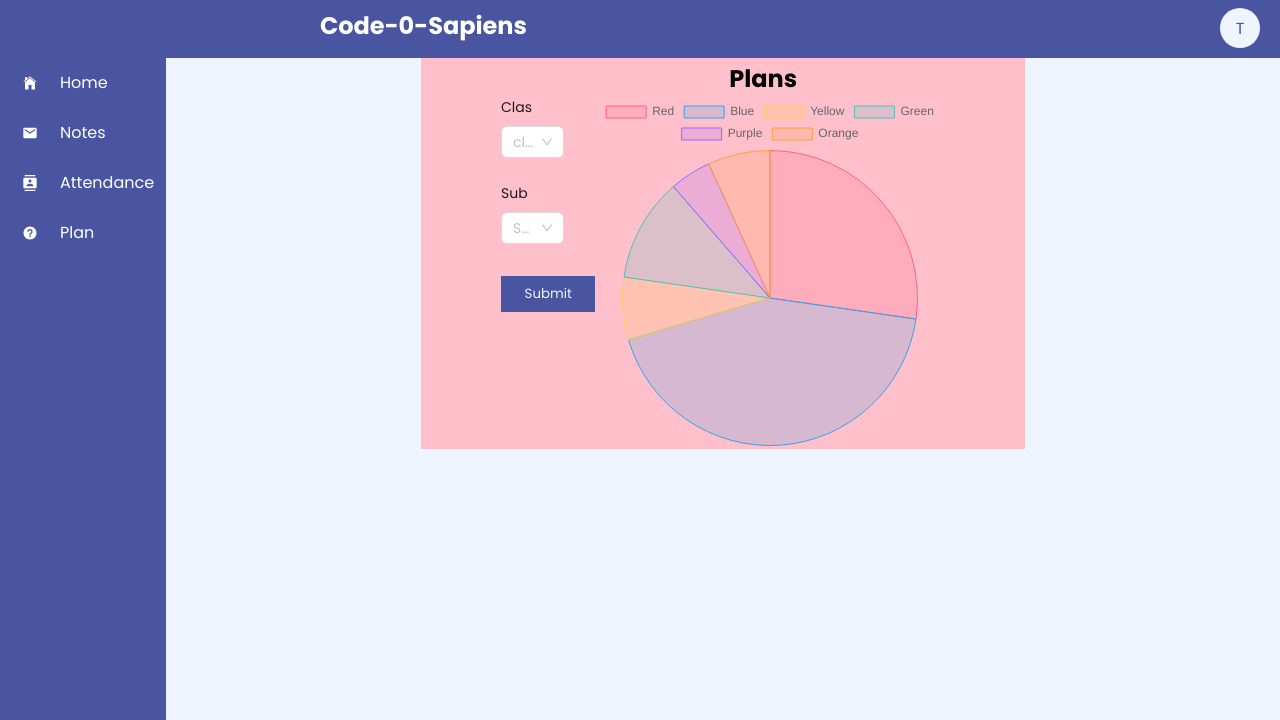
Repository: sinchana-P/code-0-sapiens
Page: /plans (app in client/)
These files come from the project's save history. The page is drawn as it stood at one moment and after the next save; the edit follows.
The browser window is 1280 px wide. The pictures show the whole page.
The project was rebuilt for these pictures with package versions that can differ from the ones it lists, and the page was loaded fresh each time. Also part of the build but not shown: client/src/components/auth/login/FormLayoutLogin.jsx, client/src/components/auth/login/Login.jsx, client/src/components/auth/register/FormLayoutRegister.jsx, client/src/components/auth/register/Register.jsx, client/src/components/homeScene/Home.jsx, client/src/components/notes/Notes.jsx, client/src/components/attendance/Attendance.jsx, client/src/components/profile/Profile.jsx and 5 more.

Above is the page before, as saved 2024-03-01 07:39:24.

### client/public/index.html
<!DOCTYPE html>
<html lang="en">
  <head>
    <meta charset="utf-8" />
    <link rel="icon" href="%PUBLIC_URL%/favicon.ico" />
    <meta name="viewport" content="width=device-width, initial-scale=1" />
    <meta name="theme-color" content="#000000" />
    <meta
      name="description"
      content="Web site created using create-react-app"
    />
    <link rel="apple-touch-icon" href="%PUBLIC_URL%/logo192.png" />
    <!--
      manifest.json provides metadata used when your web app is installed on a
      user's mobile device or desktop. See https://developers.google.com/web/fundamentals/web-app-manifest/
    -->
    <link rel="manifest" href="%PUBLIC_URL%/manifest.json" />
    <!--
      Notice the use of %PUBLIC_URL% in the tags above.
      It will be replaced with the URL of the `public` folder during the build.
      Only files inside the `public` folder can be referenced from the HTML.

      Unlike "/favicon.ico" or "favicon.ico", "%PUBLIC_URL%/favicon.ico" will
      work correctly both with client-side routing and a non-root public URL.
      Learn how to configure a non-root public URL by running `npm run build`.
    -->
    <link rel="preconnect" href="https://fonts.googleapis.com">
<link rel="preconnect" href="https://fonts.gstatic.com" crossorigin>
<link href="https://fonts.googleapis.com/css2?family=Poppins:ital,wght@0,100;0,200;0,300;0,400;0,500;0,600;0,700;0,800;0,900;1,100;1,200;1,300;1,400;1,500;1,600;1,700;1,800;1,900&display=swap" rel="stylesheet">
    <title>Code-0-Sapiens</title>
  </head>
  <body>
    <noscript>You need to enable JavaScript to run this app.</noscript>
    <div id="root"></div>
    <!--
      This HTML file is a template.
      If you open it directly in the browser, you will see an empty page.

      You can add webfonts, meta tags, or analytics to this file.
      The build step will place the bundled scripts into the <body> tag.

      To begin the development, run `npm start` or `yarn start`.
      To create a production bundle, use `npm run build` or `yarn build`.
    -->
  </body>
</html>

### client/src/index.js
import React from 'react';
import ReactDOM from 'react-dom/client';
import './index.css';
import App from './App';
import reportWebVitals from './reportWebVitals';
import { BrowserRouter } from 'react-router-dom'
import { apiSlice } from './api/apiSlice';
import {ApiProvider} from '@reduxjs/toolkit/query/react'

const root = ReactDOM.createRoot(document.getElementById('root'));
root.render(
  <BrowserRouter>
    <React.StrictMode>
      <ApiProvider api={apiSlice}>
        <App />
      </ApiProvider>
    </React.StrictMode>
  </BrowserRouter>,
);

// If you want to start measuring performance in your app, pass a function
// to log results (for example: reportWebVitals(console.log))
// or send to an analytics endpoint. Learn more: https://bit.ly/CRA-vitals
reportWebVitals();

### client/src/App.jsx

import './App.css';
import { useState } from 'react';
import { Routes, Route } from 'react-router-dom'
import Login from './components/auth/login/Login'
import Register from './components/auth/register/Register';
import Topbar from './components/global/topbar/Topbar';
import Sidebar from './components/global/sidebar/Sidebar';
import Home from './components/homeScene/Home';
import Notes from './components/notes/Notes';
import Plans from './components/plans/Plans';
import Attendance from './components/attendance/Attendance';
import Profile from './components/profile/Profile';
import StudentSidebar from './components/global/sidebar/StudentSidebar';
import StdHome from './components/stdHome/StdHome';
import StdAttendance from './components/stdAttendance/StdAttendance'
import StdNotes from './components/stdNotes/StdNotes';
import StdDoubts from './components/stdDoubts/StdDoubts';

function App() {
  const [userRole, setUserRole] = useState('Teacher')

  return (
    <div className="App">
      <div className='app-container'>

      <Topbar userRole={userRole}/>

        <div className='main-content'>
          <div className='left-content-container'>

          {
            userRole === 'Teacher' ? (<Sidebar /> ) : (<StudentSidebar /> )
          }

          </div>
          <div className='right-content-container'>
            <Routes>
              <Route path='/login' element={ <Login/> } />
              <Route path='/register' element={ <Register/> } />
              <Route path='/home' element={ <Home/> } />
              <Route path='/notes' element={ <Notes/> } />
              <Route path='/attendance' element={ <Attendance/> } />
              <Route path='/plans' element={ <Plans/> } />
              {/* <Route path='/profile' element={ <Profile/> } /> */}
              <Route path='/student' element={ <StdHome/> } />
              <Route path='/student/attendance' element={ <StdAttendance/> } />
              <Route path='/student/attendance' element={ <StdNotes/> } />
              <Route path='/student/attendance' element={ <StdDoubts/> } />
            </Routes>
          </div>
        </div>
      </div>

    </div>
  );
}

export default App;

### client/src/api/apiSlice.js
import {createApi,fetchBaseQuery} from '@reduxjs/toolkit/query/react'


export const apiSlice = createApi({
       reducerPath:"api",
       baseQuery:fetchBaseQuery({baseUrl:""}),
       tagTypes:['auth', 'student'],
       endpoints:(builder)=>({
        register: builder.mutation({
            query: (data) => ({
                url: '/register',
                method: "POST",
                body: data
            }),
            invalidatesTags:['auth']
        }),
        login: builder.mutation({
            query: (data) => ({
                url: '/login',
                method: "POST",
                body: data
            }),
            invalidatesTags:['auth']
        }),
            //   getTodos:builder.query({
            //          query:()=>'/auth',
            //          transformResponse: (res: Todo[]) =>  {
            //                 // Ensure res is an array before sorting
            //                 console.log(res);

            //                 if (Array.isArray(res)) {
            //                     return res.sort((a, b) => b.id - a.id);
            //                 } else {
            //                     return res;
            //                 }
            //             },

            //          providesTags:['todos']
            //   }),
            //   addTodo:builder.mutation({
            //          query:(todo)=>({
            //                 url:'/todos',
            //                 method:"POST",
            //                 body:todo
            //          }),
            //          invalidatesTags:['todos']
            //   }),
            //   updateTodo:builder.mutation({
            //          query:(todo)=>({
            //                 url:/todos/${todo.id},
            //                 method:'PATCH',
            //                 body:todo
            //          }),
            //          invalidatesTags:['todos']
            //   }),
            //   deleteTodo:builder.mutation({
            //          query:(id)=>({

            //                 url:/todos/${id},
            //                 method:'DELETE',
            //                 body:id
            //          }),
            //          invalidatesTags:['todos']
            //   })

       })
})

export const { useRegisterMutation,useLoginMutation } = apiSlice

### client/src/App.css
@import url('https://fonts.googleapis.com/css2?family=Poppins:ital,wght@0,100;0,200;0,300;0,400;0,500;0,600;0,700;0,800;0,900;1,100;1,200;1,300;1,400;1,500;1,600;1,700;1,800;1,900&display=swap');

* {
  font-family: "Poppins", sans-serif;
}

/* --- */
.full-width-container {
  width: 100%;
  display: flex;
  justify-content: center;
  align-items: center;
}
/* --- */

.right-content-container {
  background-color: #EEF5FF;
  display: flex;
  align-items: start;
  justify-content: center;
}

.app-container {
  display: flex;
  flex-direction: column;
}

.main-content {
  display: flex;
  flex-direction: row;
}

.left-content-container {
  width: 13vw;
}

.right-content-container {
  width: 87vw;

}

### client/src/components/global/topbar/Topbar.jsx
import React, {useState} from 'react'
import './Topbar.css'

const Topbar = ({userRole}) => {
  // const [userRole, setUserRole] = useState('Teacher')

  return (
    <div className='topbar-container'>
        <h2 style={{textAlign: 'left'}} className='logo-text'>Code-0-Sapiens</h2>

        <div className='profile-div'>
          {userRole === 'Teacher' ? 'T' : (userRole === 'Student' ? 'S' : '')}
        </div>
    </div>
  )
}

export default Topbar

### client/src/components/global/sidebar/Sidebar.jsx
import './Sidebar.css'
import { SidebarData } from './SidebarData';
import { Link, NavLink } from 'react-router-dom';


const Sidebar=()=> {
  return (
    <div className='sidebar'>
       <ul className='sidebarList'>
        {
        SidebarData.map((value,key)=>{
            return (
              <NavLink to={value.route} key={key} className='row' >
                <div id='icon'>{value.icon}</div>
                <div id='title'>{value.title}</div>
              </NavLink>
            )
        })
        }
       </ul>
    </div>
  )
}

export default Sidebar

### client/src/components/plans/Plans.jsx
import React, {useState} from 'react';
import { Form, Select, Checkbox } from 'antd';
import './Plans.css'
import { Chart as ChartJS, ArcElement, Tooltip, Legend } from 'chart.js';
import { Pie } from 'react-chartjs-2';


const SidebarData = [
  {
    cls_id: '8',
    sub_id: '1',
    mod_id: 'Module 1',
    chp_id: 'Chapter 1',
    completed: true
  },
  {
    cls_id: '8',
    sub_id: '1',
    mod_id: 'Module 1',
    chp_id: 'Chapter 2',
    completed: false
  },
  {
    cls_id: '8',
    sub_id: '1',
    mod_id: 'Module 1',
    chp_id: 'Chapter 3',
    completed: true
  },
  {
    cls_id: '8',
    sub_id: '1',
    mod_id: 'Module 1',
    chp_id: 'Chapter 4',
    completed: false
  },
  {
    cls_id: '8',
    sub_id: '1',
    mod_id: 'Module 1',
    chp_id: 'Chapter 5',
    completed: true
  },
  {
    cls_id: '8',
    sub_id: '1',
    mod_id: 'Module 2',
    chp_id: 'Chapter 1',
    completed: false
  },
  {
    cls_id: '8',
    sub_id: '1',
    mod_id: 'Module 2',
    chp_id: 'Chapter 2',
    completed: true
  },
  {
    cls_id: '8',
    sub_id: '1',
    mod_id: 'Module 2',
    chp_id: 'Chapter 3',
    completed: true
  },
  {
    cls_id: '8',
    sub_id: '1',
    mod_id: 'Module 2',
    chp_id: 'Chapter 4',
    completed: true
  },
  {
    cls_id: '8',
    sub_id: '1',
    mod_id: 'Module 2',
    chp_id: 'Chapter 5',
    completed: true
  }
];

const CheckboxGroup = Checkbox.Group;
ChartJS.register(ArcElement, Tooltip, Legend);

const Plans = () => {

    const [isSubmit, setIsSubmit] = useState(false)

    const data = {
      labels: ['Red', 'Blue', 'Yellow', 'Green', 'Purple', 'Orange'],
      datasets: [
        {
          label: '# of Votes',
          data: [12, 19, 3, 5, 2, 3],
          backgroundColor: [
            'rgba(255, 99, 132, 0.2)',
            'rgba(54, 162, 235, 0.2)',
            'rgba(255, 206, 86, 0.2)',
            'rgba(75, 192, 192, 0.2)',
            'rgba(153, 102, 255, 0.2)',
            'rgba(255, 159, 64, 0.2)',
          ],
          borderColor: [
            'rgba(255, 99, 132, 1)',
            'rgba(54, 162, 235, 1)',
            'rgba(255, 206, 86, 1)',
            'rgba(75, 192, 192, 1)',
            'rgba(153, 102, 255, 1)',
            'rgba(255, 159, 64, 1)',
          ],
          borderWidth: 1,
        },
      ],
    };

  // Grouping chapters by module
  const groupedChapters = SidebarData.reduce((acc, curr) => {
    const { mod_id, chp_id } = curr;
    if (!acc[mod_id]) {
      acc[mod_id] = [];
    }
    acc[mod_id].push(chp_id);
    console.log('acc');
    console.log(acc);
    return acc;
  }, {});

  const handleSubmit = () => {
    setIsSubmit(true)
  }

  return (
    <div className='plans-main'>
      <h2 className='heading'>Plans</h2>

         <div className='plans-container'>
            <div className='plans-container-left'>
                <Form
                layout="vertical"
                name="basic"
                labelCol={{ span: 8 }}
                wrapperCol={{ span: 16 }}
                style={{ maxWidth: 600 }}
                initialValues={{ remember: true }}
                autoComplete="off"
            >
                <Form.Item label="Class" rules={[{ required: true, message: 'Please select class!' }]}>
                <Select placeholder="class">
                    <Select.Option value="class8">Class 8</Select.Option>
                    <Select.Option value="class9">Class 9</Select.Option>
                    <Select.Option value="class10">Class 10</Select.Option>
                </Select>
                </Form.Item>
                <Form.Item label="Sub" rules={[{ required: true, message: 'Please select class!' }]}>
                <Select placeholder="Subject">
                    <Select.Option value="maths">Maths</Select.Option>
                    <Select.Option value="science">Science</Select.Option>
                    <Select.Option value="social">Social</Select.Option>
                </Select>
                </Form.Item>
                </Form>

                <button onClick={handleSubmit}>Submit</button>

                <div>
                    {isSubmit && (
                        <>
                        {Object.keys(groupedChapters).map((module, index) => (

                          <div key={index} className='module-chapters-checkbox'>
                          <h3>{module}</h3>
                          <CheckboxGroup>
                              {groupedChapters[module].map((chapter, i) => (
                              <Checkbox checked key={i} value={chapter} style={{width: '1200px'}} >
                                  {chapter}
                              </Checkbox>
                              ))}
                          </CheckboxGroup>

                          </div>

                      ))}
                      <button>Update Plan</button>
                        </>
                    )}
                </div>
            </div>

            <div style={{width:'350px', height: '350px'}} className='plans-container-right'>
              <Pie
                data={data}
                width={50}
                height={50}
              />
            </div>
         </div>





    </div>



  );
}

export default Plans;

### client/src/components/auth/login/Login.css
.login-container{
    padding: 1rem 0;
    /* background-color: pink; */
    width: 50vw;

}

h2 {
    text-align: center;
    margin-left: 20rem;
}

### client/src/components/auth/register/Register.css
.register-container{
    padding: 1rem 0;
    /* background-color: pink; */
    width: 50vw;

}

h2 {
    text-align: center;
    margin-left: 20rem;
}

### client/src/components/global/topbar/Topbar.css
.topbar-container {
    background-color: #4A55A2;
    min-width: 95vw;
    height: 4rem;
    display: flex;
    flex-direction: row;
    justify-content: space-between;
}

.profile-div {
    background-color: #EEF5FF;
    color: #4a55a2;
    width: 40px;
    height: 40px;
    border-radius: 50%;
    display: flex;
    justify-content: center;
    align-items: center;
    margin-top: 8px;
    margin-right: 20px;
}

.logo-text {
    color: white;
    /* text-align: center; */
    margin-top: 0.5rem;
}

### client/src/components/global/sidebar/Sidebar.css
*{
    margin: 0;
    padding: 0;
  }
  .App{
    width: 100vw;
    height: 100vh;
    display: flex;
  }

  .sidebar{
    height: 92vh;
    width: 200px;
    background-color: #4A55A2;
  }

  .sidebarList{
    height: auto;
    width: 100%;
    padding: 0;
  }

  .sidebarList .row{
    width: 100%;
    height: 50px;
    list-style-type: none;
    margin: 0;
    display: flex;
    flex-direction: row;
    color: white;
    justify-content: center;
    align-items: center;
    text-decoration: none;
  }

  .sidebarList .row:hover{
    cursor: pointer;
    background-color: #EEF5FF;
    color: black;

  }

  .row #icon{
    flex: 30%;
    display: grid;
    place-items: center;
  }

  .row #title{
    flex: 70%;
  }

  .row .active {
    background-color: #EEF5FF;
    color: black;
  }

### client/src/components/global/sidebar/SidebarData.js
import { IoIosHome,IoMdHelpCircle } from "react-icons/io";
import { MdEmail,MdContacts } from "react-icons/md";
import { FaRegCalendarCheck } from "react-icons/fa";


export const SidebarData=[
       {
              title:"Home",
              icon:<IoIosHome />,
              route:"/"
       },
       {
              title:"Notes",
              icon:<MdEmail />,
              route:"/notes"
       },
       {
              title:"Attendance",
              icon:<MdContacts />,
              route:"/attendance"
       },
       {
              title:"Plan",
              icon:<IoMdHelpCircle />,
              route:"/plans"
       },
       // {
       //        title:"Profile",
       //        icon:<FaRegCalendarCheck />,
       //        route:"/profile"
       // },
]

### client/src/components/notes/Notes.css
.notes-main {
    width: 87vw;
}

.heading {
    margin-left: 28rem;
}

.notes-container{
    margin: 1rem 18rem;
}

.notes-form-container {
    padding: 1rem 0;
}

.notes-upload-main {
    display: flex;
    flex-direction: row;
}


.notes-upload-container {
    display: flex;
    flex-direction: column;
}

.notes-pdf, .notes-link {
    display: flex;
    flex-direction: row;
    padding: 0.5rem 0;
}

.notes-upload-container {
    padding: 0rem 1rem;
}

p{
    font-weight: bold;
}

### client/src/components/plans/Plans.css
.plans-main{
    /* width: 90vw; */
    padding: 0.2rem 5rem;
    background-color: pink;
    /* max-height: 90vh; */

}

.module-chapters-checkbox {
    display: flex;
    flex-direction: column;
    justify-content: start;
}

.heading {
    margin-left: 5rem;
}

.plans-container {
    display: flex;
    flex-direction: row;
    /* justify-content: space-evenly; */

}

.plans-container-left {
    display: flex;
    flex-direction: column;
    width: ;
}

### client/src/components/attendance/Attendance.css
.attendance-main {
    /* background-color: pink; */
    width: 80vw;
}

.attendance-class {
    /* background-color: pink; */
}

.attendance-class-inputs-container {
    display: flex;
    flex-direction: row;
    min-width: 80vw;
}

.attendance-class-each {
    width: 15rem;
    margin: 2rem;
}

button {
    background-color: #4a55a2;
    color: #EEF5FF;
    border: none;
    padding: 0.5rem 1rem;
    margin: 0.5rem 0;
}

button:hover {
    background-color: #b9cae3;
    color: #4a55a2;
    cursor: pointer;
}

### client/src/components/global/sidebar/StudentSidebarData.js
import { IoIosHome,IoMdHelpCircle } from "react-icons/io";
import { MdEmail,MdContacts } from "react-icons/md";
import { FaRegCalendarCheck } from "react-icons/fa";


export const StudentSidebarData=[
       {
              title:"Home",
              icon:<IoIosHome />,
              route:"/student"
       },
       {
              title:"Attendance",
              icon:<MdEmail />,
              route:"/student/attendance"
       },
       {
              title:"Notes",
              icon:<MdContacts />,
              route:"/student/notes"
       },
       {
              title:"Doubts",
              icon:<IoMdHelpCircle />,
              route:"/student/doubts"
       },
       // {
       //        title:"Profile",
       //        icon:<FaRegCalendarCheck />,
       //        route:"/profile"
       // },
]

### client/src/components/stdAttendance/StdAttendance.css
.attendance-main {
    /* background-color: pink; */
    width: 87vw;
    padding: 1rem 20rem;
}

.attendance-class {
    /* background-color: pink; */
}

.attendance-class-inputs-container {
    display: flex;
    flex-direction: row;
    min-width: 80vw;
}

.attendance-class-each {
    width: 15rem;
    margin: 2rem;
}

button {
    background-color: #4a55a2;
    color: #EEF5FF;
    border: none;
    padding: 0.5rem 1rem;
    margin: 0.5rem 0;
}

button:hover {
    background-color: #b9cae3;
    color: #4a55a2;
    cursor: pointer;
}

.header {
    margin: 1rem 5rem;
}

Loaded but not shown: client/src/index.css (common file); client/src/reportWebVitals.js (common file)

After the next save:
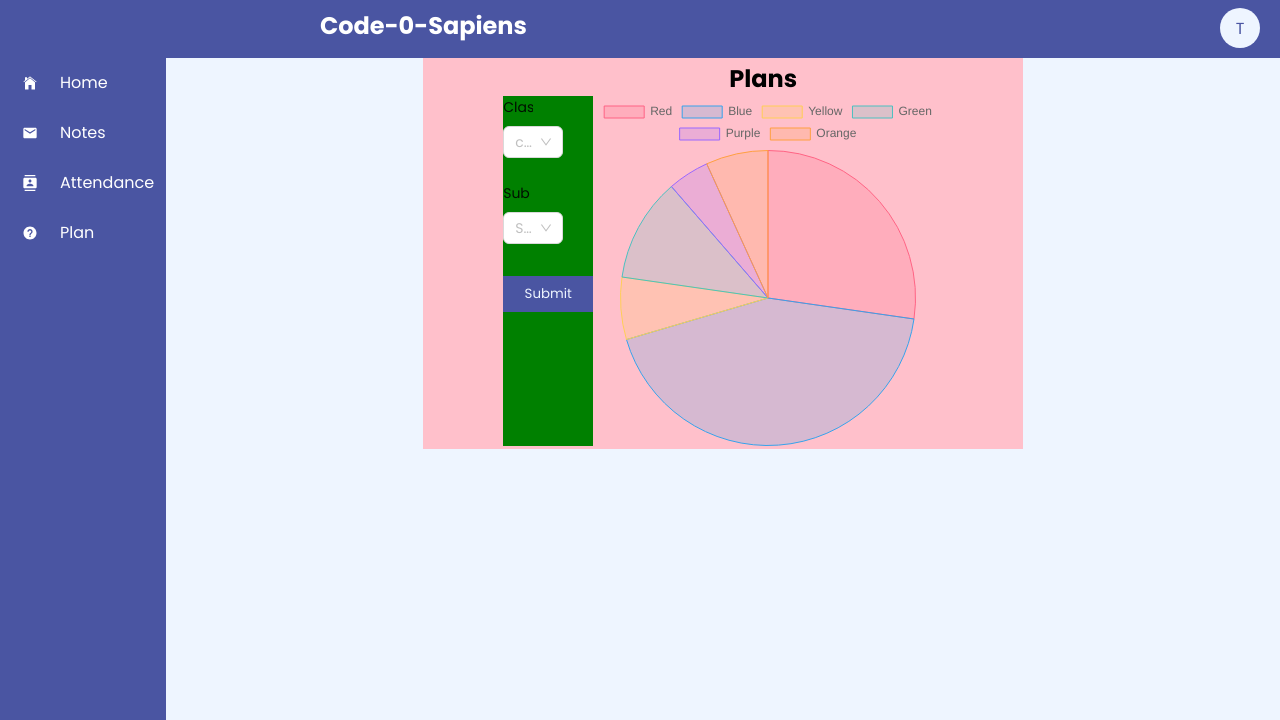
Saved 8 s later.
--- a/client/src/components/plans/Plans.css
+++ b/client/src/components/plans/Plans.css
@@ -26,5 +26,6 @@
 .plans-container-left {
     display: flex;
     flex-direction: column;
-    width: ;
+    width: 90px;
+    background-color: green;
 }
